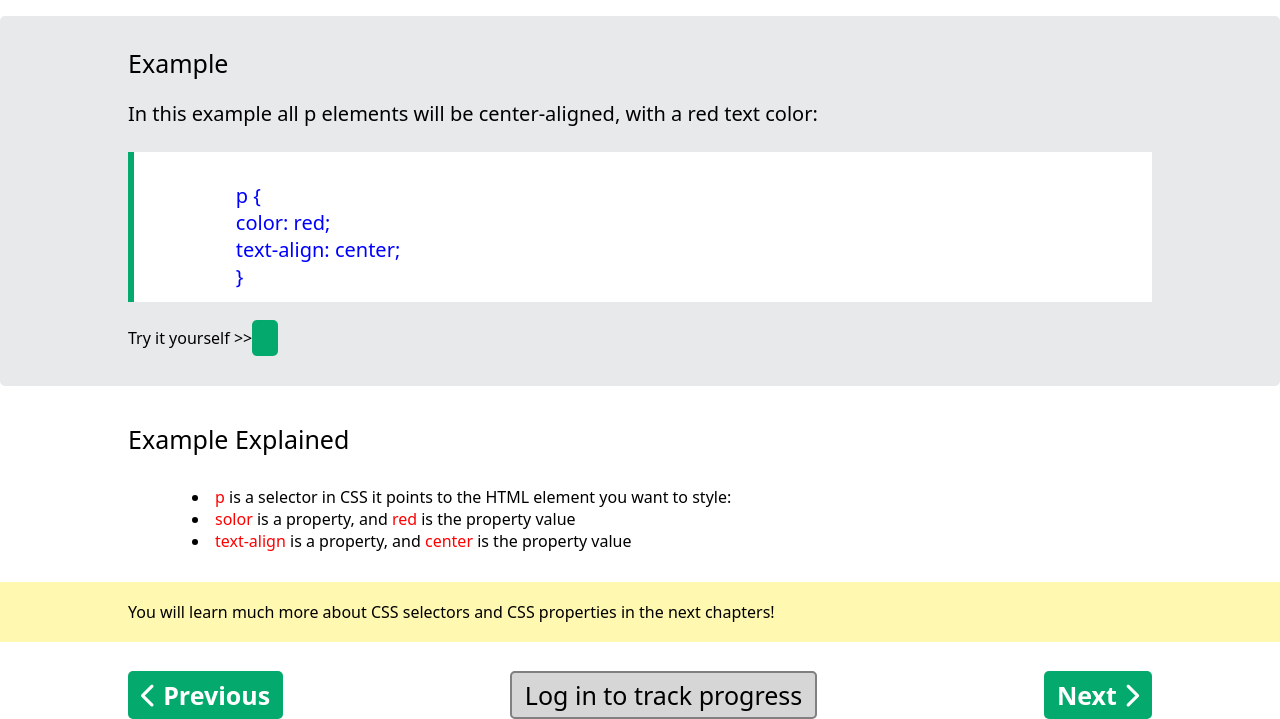
Repository: KinD2704/Web-University
Page: buổi 2/Part 2/2.2/index.html
An editor plug-in stored every save of this project. The page is shown before and after the next save, followed by the edit.
The browser window is 1280 px wide. The pictures show the part of the page from y = 923 to 1642 px (the page is 1642 px tall).
A picture or video elsewhere on the page could not be fetched, so the positions and the page height are approximate.

Above is the page before, as saved 2023-12-03 09:59:24.

### buổi 2/Part 2/2.2/index.html
<!DOCTYPE html>
<html lang="en">
    <head>
        <meta charset="UTF-8" />
        <meta name="viewport" content="width=device-width, initial-scale=1.0" />
        <title>Bai 2.2</title>
        <link
            rel="stylesheet"
            href="https://cdnjs.cloudflare.com/ajax/libs/font-awesome/6.4.2/css/all.min.css"
            integrity="sha512-z3gLpd7yknf1YoNbCzqRKc4qyor8gaKU1qmn+CShxbuBusANI9QpRohGBreCFkKxLhei6S9CQXFEbbKuqLg0DA=="
            crossorigin="anonymous"
            referrerpolicy="no-referrer"
        />
        <link rel="stylesheet" href="styles.css" />
    </head>
    <body>
        <header>
            <p id="s222">CSS Syntax</p>
            <div class="next">
                <p>
                    <a href="" class="button"
                        ><i class="fa-solid fa-chevron-left"></i> Previous</a
                    >
                </p>
                <p>
                    <a href="" class="button"
                        >Next <i class="fa-solid fa-chevron-right"></i
                    ></a>
                </p>
            </div>

            <div class="middle">
                <p>
                    A CSS rule consists of a selector and a declaration block.
                </p>
            </div>
        </header>

        <main>
            <div class="content">
                <p id="s221">CSS Syntax</p>
                <img
                    src="https://www.w3schools.com/css/img_selector.gif"
                    alt=""
                />
                <p>
                    The selector points to the HTML element you want to style.
                </p>
                <p>
                    The declaration block contains one or more declarations
                    separated by semicolons.
                </p>
                <p>
                    Each declaration includes a CSS property name and a value,
                    separated by a colon.
                </p>
                <p>
                    Multiple CSS declarations are separated with semicolons, and
                    declaration blocks are surrounded by curly braces.
                </p>
            </div>

            <div class="content_box">
                <div class="content_box_item">
                    <h3>Example</h3>
                    <p class="p_1">
                        In this example all p elements will be center-aligned,
                        with a red text color:
                    </p>
                    <div>
                        <p>
                            p {<br />
                            color: red;<br />
                            text-align: center;<br />
                            }
                        </p>
                    </div>
                    <p class="a button">Try it yourself >><a href=""></a></p>
                </div>
            </div>
        </main>

        <footer>
            <h3>Example Explained</h3>
            <ul>
                <li>
                    <span>p</span> is a selector in CSS it points to the HTML
                    element you want to style:
                    <p></p>
                </li>
                <li>
                    <span>solor</span> is a property, and <span>red</span> is
                    the property value
                </li>
                <li>
                    <span>text-align</span> is a property, and
                    <span>center</span> is the property value
                </li>
            </ul>

            <div class="footer_bar">
                <p>
                    You will learn much more about CSS selectors and CSS
                    properties in the next chapters!
                </p>
            </div>

            <div class="next">
                <p>
                    <a href="" class="button"
                        ><i class="fa-solid fa-chevron-left"></i> Previous</a
                    >
                </p>
                <span><a href="">Log in to track progress</a></span>
                <p>
                    <a href="" class="button"
                        >Next <i class="fa-solid fa-chevron-right"></i
                    ></a>
                </p>
            </div>
        </footer>
    </body>
</html>

### buổi 2/Part 2/2.2/styles.css
* {
    padding: 0;
    margin: 0;
    box-sizing: 0;
    text-decoration: none;
    list-style: none;
}

body {
    font-family: system-ui, -apple-system, BlinkMacSystemFont, "Segoe UI",
        Roboto, Oxygen, Ubuntu, Cantarell, "Open Sans", "Helvetica Neue",
        sans-serif;
}

#s222 {
    font-size: 40px;
    color: black;
    margin-top: 36px;
    margin-left: 10%;
}

header .next {
    margin-top: 36px;
    margin-left: 10%;
    margin-right: 10%;
    display: flex;
    justify-content: space-between;
    width: auto;
}

header .next a {
    padding: 7px 13px;
    font-size: 25px;
    background-color: #04aa6d;
    border-radius: 5px;
    color: #fff;
    font-weight: 700;
}

header .middle {
    width: auto;
    height: 60px;
    border-bottom: solid;
    border-top: solid;
    border-color: grey;
    margin-top: 30px;
}

header .middle p {
    line-height: 60px;
    margin-left: 10%;
    font-size: 25px;
    color: black;
}

.content {
    margin-left: 10%;
    margin-top: 36px;
}

#s221 {
    font-size: 30px;
    color: black;
}

.content img {
    margin-top: 36px;
}

.content p {
    font-size: 20px;
    margin-top: 30px;
}

.content_box {
    width: 100%;
    min-height: 370px;
    background-color: #e7e9eb;
    border-radius: 5px;
    margin-top: 36px;
}
.content_box_item {
    margin-left: 10%;
    margin-right: 10%;
}
.content_box h3 {
    font-size: 25px;
    font-weight: 500;
    padding-top: 30px;
}
.content_box .p_1 {
    font-size: 20px;
    margin-top: 20px;
}

.content_box_item div {
    width: auto;
    background-color: #fff;
    min-height: 150px;
    margin-top: 25px;
    border-left: 6px #04aa6d solid;
}

.content_box_item div p {
    padding-left: 10%;
    padding-top: 30px;
    color: blue;
    font-size: 20px;
}

.button:hover {
    background-color: #04aa6d;
}

.content_box_item .a {
    margin-top: 25px;
}

.content_box_item a {
    color: #fff;
    padding: 7px 13px;
    background-color: #04aa6d;
    border-radius: 5px;
}

footer h3 {
    margin-top: 36px;
    margin-left: 10%;
    font-size: 25px;
    font-weight: 400;
}
footer ul {
    margin-left: 15%;
    margin-top: 30px;
}

footer ul li {
    list-style: inside;
}

footer ul li span {
    color: red;
}

.footer_bar {
    width: auto;
    min-height: 60px;
    margin-top: 30px;
    background-color: #fff8b0;
}
.footer_bar p {
    line-height: 60px;
    margin-left: 10%;
}
footer .next {
    margin-top: 36px;
    margin-left: 10%;
    margin-right: 10%;
    display: flex;
    width: auto;
    justify-content: space-between;
}
footer .next p a {
    padding: 7px 13px;
    font-size: 25px;
    background-color: #04aa6d;
    border-radius: 5px;
    color: #fff;
    font-weight: 700;
}

footer .next span a {
    padding: 5px 13px;
    border: solid 2px grey;
    border-radius: 5px;
    font-size: 25px;
    color: black;
    background-color: rgb(214, 214, 214);
}

After the next save:
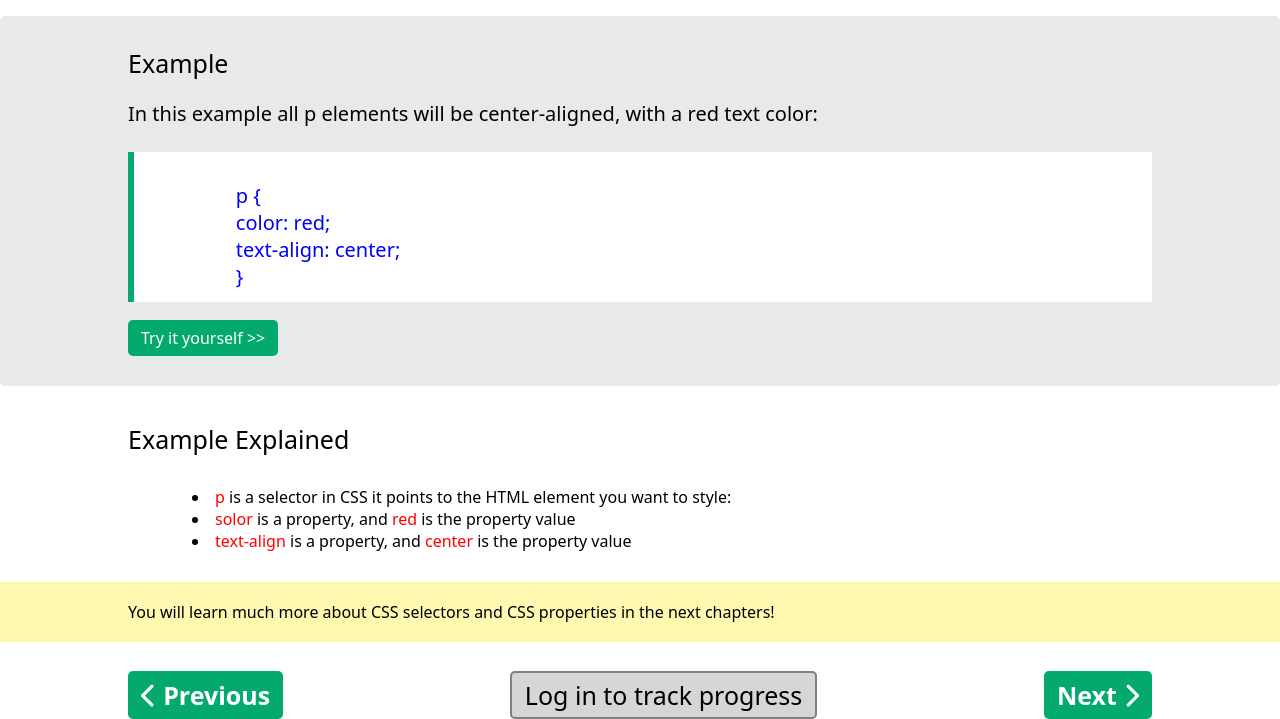
Saved 27 s later.
--- a/buổi 2/Part 2/2.2/index.html
+++ b/buổi 2/Part 2/2.2/index.html
@@ -75,7 +75,7 @@
                             }
                         </p>
                     </div>
-                    <p class="a button">Try it yourself >><a href=""></a></p>
+                    <p class="a"><a href="">Try it yourself >></a></p>
                 </div>
             </div>
         </main>
--- a/buổi 2/Part 2/2.2/styles.css
+++ b/buổi 2/Part 2/2.2/styles.css
@@ -109,7 +109,7 @@ header .middle p {
 }
 
 .button:hover {
-    background-color: #04aa6d;
+    background-color: #64fec6;
 }
 
 .content_box_item .a {
